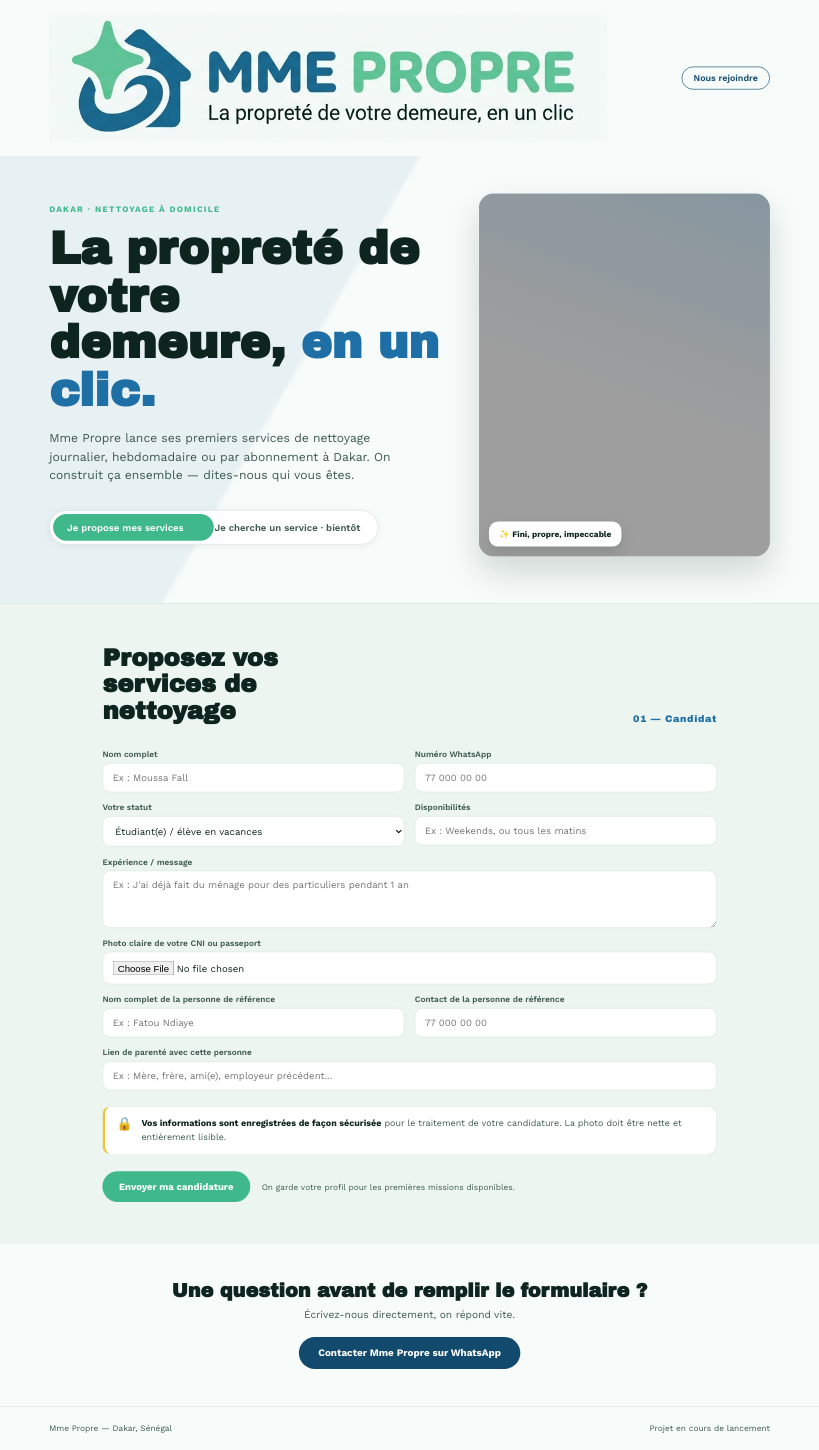
Repository: AntaaaKD/Mme-Propre
Page: test.html
These files come from the project's save history. The page is drawn as it stood at one moment and after a run of saves; the edit follows.
The browser window is 1280 px wide. The pictures show the whole page, at 64% of full size.
Pictures or frames that could not be fetched are drawn as grey boxes.

Above is the page before, as saved 2026-07-20 01:00:15.

### test.html
<!DOCTYPE html>
<html lang="fr">
<head>
<meta charset="UTF-8">
<meta name="viewport" content="width=device-width, initial-scale=1.0">
<title>Mme Propre — La propreté de votre demeure, en un clic</title>
<link rel="preconnect" href="https://fonts.googleapis.com">
<link rel="preconnect" href="https://fonts.gstatic.com" crossorigin>
<link href="https://fonts.googleapis.com/css2?family=Archivo+Black&family=Work+Sans:wght@400;500;600;700&display=swap" rel="stylesheet">
<style>
  :root{
    --surface:#F7FBF9;
    --surface-2:#ECF5F0;
    --ink:#0E241E;
    --ink-soft:#3E5A52;
    --blue:#1D6FA5;
    --blue-deep:#124A6E;
    --mint:#3FB88C;
    --lemon:#F2C230;
    --line:#D6E6DE;
    --radius:18px;
    --display:"Archivo Black", sans-serif;
    --body:"Work Sans", sans-serif;
  }
  *{box-sizing:border-box;}
  body{margin:0;padding:0;background:var(--surface);color:var(--ink);font-family:var(--body);}
  a{color:inherit;}

  /* ---------- HEADER ---------- */
  header{
    display:flex;align-items:center;justify-content:space-between;
    padding:22px 6vw;
  }
  .logo{
    font-family:var(--display);
    font-size:20px;
    letter-spacing:0.5px;
    display:flex;align-items:center;gap:10px;
  }
  .logo-img {
  height: 200px; /* Ajustez la hauteur selon vos besoins */
  width: auto;
  display: block;
}
  .logo-dot{width:12px;height:12px;border-radius:50%;background:var(--mint);box-shadow:0 0 0 4px rgba(63,184,140,0.18);}
  .header-cta{
    font-size:14px;font-weight:600;color:var(--blue-deep);
    border:1.5px solid var(--blue-deep);border-radius:999px;
    padding:9px 18px;text-decoration:none;
    transition:background .2s ease, color .2s ease;
  }
  .header-cta:hover{background:var(--blue-deep);color:#fff;}

  /* ---------- HERO ---------- */
  .hero{
    position:relative;
    padding:8vh 6vw 10vh;
    overflow:hidden;
  }
  .hero-grid{
    position:relative;z-index:2;
    display:grid;grid-template-columns:1.15fr 0.85fr;gap:56px;align-items:center;
  }
  @media (max-width:860px){
    .hero-grid{grid-template-columns:1fr;}
    .hero-image{order:-1;max-height:280px;}
  }
  .hero-image{
    position:relative;border-radius:24px;overflow:hidden;
    box-shadow:0 24px 50px rgba(14,36,30,0.16);
    aspect-ratio:4/5;
  }
  .hero-image img{
    width:100%;height:100%;object-fit:cover;display:block;
  }
  .hero-image::after{
    content:"";position:absolute;inset:0;
    background:linear-gradient(200deg, rgba(29,111,165,0.18), transparent 55%);
  }
  .hero-badge{
    position:absolute;bottom:16px;left:16px;z-index:3;
    background:#fff;border-radius:14px;padding:12px 16px;
    display:flex;align-items:center;gap:10px;
    box-shadow:0 10px 24px rgba(14,36,30,0.14);
    font-size:13px;font-weight:700;color:var(--ink);
  }
  .hero-wipe{
    position:absolute;inset:0;
    background:linear-gradient(120deg, var(--blue) 0%, var(--blue) 42%, transparent 42.5%);
    opacity:0.07;
    animation:wipe 6s ease-in-out infinite;
    pointer-events:none;
  }
  @keyframes wipe{
    0%,100%{transform:translateX(-8%);}
    50%{transform:translateX(8%);}
  }
  .eyebrow{
    font-size:13px;font-weight:700;letter-spacing:2px;text-transform:uppercase;
    color:var(--mint);margin-bottom:18px;
  }
  h1{
    font-family:var(--display);
    font-size:clamp(38px,6vw,72px);
    line-height:1.02;
    margin:0 0 22px;
    max-width:14ch;
  }
  h1 .accent{color:var(--blue);}
  .hero p{
    font-size:19px;color:var(--ink-soft);max-width:46ch;line-height:1.55;margin:0 0 40px;
  }

  /* ---------- SWITCH ---------- */
  .switch{
    display:inline-flex;background:#fff;border:1.5px solid var(--line);
    border-radius:999px;padding:5px;gap:4px;position:relative;
    box-shadow:0 2px 14px rgba(14,36,30,0.06);
  }
  .switch button{
    border:none;background:transparent;font-family:var(--body);font-weight:600;font-size:15px;
    padding:12px 22px;border-radius:999px;cursor:pointer;color:var(--ink-soft);
    transition:color .2s ease;position:relative;z-index:2;
  }
  .switch button.active{color:#fff;}
  .switch-thumb{
    position:absolute;top:5px;left:5px;bottom:5px;
    width:calc(50% - 5px);
    background:var(--mint);border-radius:999px;
    transition:transform .28s cubic-bezier(.65,0,.35,1);
    z-index:1;
  }
  .switch.pos-1 .switch-thumb{transform:translateX(100%);background:var(--blue-deep);}

  /* ---------- SECTION WRAPPER ---------- */
  .panel{
    background:var(--surface-2);
    border-top:1px solid var(--line);
    padding:9vh 6vw;
  }
  .panel-inner{max-width:960px;margin:0 auto;}
  .panel-head{display:flex;align-items:flex-end;justify-content:space-between;gap:24px;margin-bottom:40px;flex-wrap:wrap;}
  .panel h2{font-family:var(--display);font-size:clamp(26px,3.4vw,38px);margin:0;max-width:16ch;}
  .panel-head .num{font-family:var(--display);font-size:15px;color:var(--blue);letter-spacing:1px;}

  .grid{display:grid;grid-template-columns:1fr 1fr;gap:16px;}
  @media (max-width:680px){.grid{grid-template-columns:1fr;}}

  .field{display:flex;flex-direction:column;gap:6px;}
  .field.full{grid-column:1/-1;}
  label{font-size:13px;font-weight:600;color:var(--ink-soft);}
  input,select,textarea{
    font-family:var(--body);font-size:15px;
    border:1.5px solid var(--line);border-radius:12px;
    padding:13px 15px;background:#fff;color:var(--ink);
    outline:none;transition:border-color .18s ease;
  }
  input:focus,select:focus,textarea:focus{border-color:var(--blue);}
  textarea{resize:vertical;min-height:90px;}

  .submit-row{margin-top:26px;display:flex;align-items:center;gap:18px;flex-wrap:wrap;}
  .btn-whatsapp{
    display:inline-flex;align-items:center;gap:10px;
    background:var(--mint);color:#fff;border:none;border-radius:999px;
    padding:15px 26px;font-family:var(--body);font-weight:700;font-size:15px;cursor:pointer;
    transition:transform .15s ease, box-shadow .15s ease;
  }
  .btn-whatsapp:hover{transform:translateY(-2px);box-shadow:0 8px 22px rgba(63,184,140,0.35);}
  .hint{font-size:13px;color:var(--ink-soft);}

  .id-notice{
    display:flex;gap:14px;align-items:flex-start;
    background:#fff;border:1.5px solid var(--line);border-left:4px solid var(--lemon);
    border-radius:14px;padding:16px 18px;margin-top:24px;
  }
  .id-notice .icon{font-size:20px;line-height:1;}
  .id-notice p{margin:0;font-size:14px;color:var(--ink-soft);line-height:1.5;}
  .id-notice strong{color:var(--ink);}

  /* ---------- DIRECT CONTACT ---------- */
  .direct{
    padding:8vh 6vw;text-align:center;
  }
  .direct h3{font-family:var(--display);font-size:clamp(22px,3vw,30px);margin:0 0 12px;}
  .direct p{color:var(--ink-soft);margin:0 0 26px;font-size:16px;}
  .btn-direct{
    display:inline-flex;align-items:center;gap:10px;
    background:var(--blue-deep);color:#fff;border:none;border-radius:999px;
    padding:16px 30px;font-family:var(--body);font-weight:700;font-size:15.5px;text-decoration:none;
    transition:transform .15s ease;
  }
  .btn-direct:hover{transform:translateY(-2px);}

  footer{
    padding:26px 6vw;border-top:1px solid var(--line);
    font-size:13px;color:var(--ink-soft);
    display:flex;justify-content:space-between;flex-wrap:wrap;gap:10px;
  }

  .hidden{display:none;}

  /* ---------- SOON STATE (client) ---------- */
  .soon-card{
    background:#fff;border:1.5px dashed var(--line);border-radius:20px;
    padding:44px 40px;text-align:center;
  }
  .soon-badge{
    display:inline-block;font-size:12px;font-weight:700;letter-spacing:1px;text-transform:uppercase;
    background:var(--lemon);color:var(--ink);border-radius:999px;padding:6px 14px;margin-bottom:18px;
  }
  .soon-card h3{font-family:var(--display);font-size:24px;margin:0 0 12px;}
  .soon-card p{color:var(--ink-soft);font-size:16px;max-width:48ch;margin:0 auto 28px;line-height:1.55;}
</style>
</head>
<body>

<header>
  <div class="logo">
    <!-- Le chemin est relatif à votre fichier HTML -->
    <img src="images/logo-mmepropre.png"
         alt="Mme Propre"
         class="logo-img">
  </div>
  <a class="header-cta" href="#form">Nous rejoindre</a>
</header>

<section class="hero">
  <div class="hero-wipe"></div>
  <div class="hero-grid">
    <div>
      <div class="eyebrow">Dakar · Nettoyage à domicile</div>
      <h1>La propreté de votre<br>demeure, <span class="accent">en un clic.</span></h1>
      <p>Mme Propre lance ses premiers services de nettoyage journalier, hebdomadaire ou par abonnement à Dakar. On construit ça ensemble — dites-nous qui vous êtes.</p>

      <div class="switch pos-0" id="switch">
        <div class="switch-thumb"></div>
        <button class="active" data-target="candidat" onclick="setProfile('candidat')">Je propose mes services</button>
        <button data-target="client" onclick="setProfile('client')">Je cherche un service · bientôt</button>
      </div>
    </div>

    <div class="hero-image">
      <img src="https://african.land/oc-content/plugins/blog/img/blog/328.jpg" alt="Nettoyage professionnel à domicile">
      <div class="hero-badge">✨ Fini, propre, impeccable</div>
    </div>
  </div>
</section>

<section class="panel" id="form">
  <div class="panel-inner">

    <div id="panel-candidat">
      <div class="panel-head">
        <h2>Proposez vos services de nettoyage</h2>
        <span class="num">01 — Candidat</span>
      </div>
      <div class="grid">
        <div class="field"><label for="p-nom">Nom complet</label><input id="p-nom" type="text" placeholder="Ex : Moussa Fall"></div>
        <div class="field"><label for="p-tel">Numéro WhatsApp</label><input id="p-tel" type="tel" placeholder="77 000 00 00"></div>
        <div class="field">
          <label for="p-statut">Votre statut</label>
          <select id="p-statut">
            <option>Étudiant(e) / élève en vacances</option>
            <option>Professionnel(le) en recherche d'opportunité</option>
            <option>Autre</option>
          </select>
        </div>
        <div class="field"><label for="p-dispo">Disponibilités</label><input id="p-dispo" type="text" placeholder="Ex : Weekends, ou tous les matins"></div>
        <div class="field full"><label for="p-msg">Expérience / message</label><textarea id="p-msg" placeholder="Ex : J'ai déjà fait du ménage pour des particuliers pendant 1 an"></textarea></div>
        <div class="field full">
          <label for="p-photo">Photo claire de votre CNI ou passeport</label>
          <input id="p-photo" type="file" accept="image/*">
        </div>
        <div class="field"><label for="p-ref-nom">Nom complet de la personne de référence</label><input id="p-ref-nom" type="text" placeholder="Ex : Fatou Ndiaye"></div>
        <div class="field"><label for="p-ref-tel">Contact de la personne de référence</label><input id="p-ref-tel" type="tel" placeholder="77 000 00 00"></div>
        <div class="field full"><label for="p-ref-lien">Lien de parenté avec cette personne</label><input id="p-ref-lien" type="text" placeholder="Ex : Mère, frère, ami(e), employeur précédent..."></div>
      </div>

      <div class="id-notice">
        <span class="icon">🔒</span>
        <p><strong>Vos informations sont enregistrées de façon sécurisée</strong> pour le traitement de votre candidature. La photo doit être nette et entièrement lisible.</p>
      </div>

      <div class="submit-row">
        <button class="btn-whatsapp" id="submit-btn" onclick="submitCandidature()">Envoyer ma candidature</button>
        <span class="hint" id="submit-status">On garde votre profil pour les premières missions disponibles.</span>
      </div>
    </div>

    <div id="panel-client" class="hidden">
      <div class="panel-head">
        <h2>Demandez un nettoyage</h2>
        <span class="num">02 — Client</span>
      </div>
      <div class="soon-card">
        <span class="soon-badge">Bientôt disponible</span>
        <h3>Ce service arrive prochainement</h3>
        <p>Pour l'instant, Mme Propre se concentre sur le recrutement de son équipe de nettoyage. Le service de réservation pour les particuliers ouvrira dans une prochaine étape — restez connecté(e) pour être informé(e) dès son lancement.</p>
        <button class="btn-whatsapp" onclick="notifyMe()">Être informé(e) du lancement</button>
      </div>
    </div>

  </div>
</section>

<section class="direct">
  <h3>Une question avant de remplir le formulaire ?</h3>
  <p>Écrivez-nous directement, on répond vite.</p>
  <a class="btn-direct" id="direct-wa" href="#" target="_blank" rel="noopener">Contacter Mme Propre sur WhatsApp</a>
</section>

<footer>
  <span>Mme Propre — Dakar, Sénégal</span>
  <span>Projet en cours de lancement</span>
</footer>

<script>
  // ⚠️ Remplacer par le vrai numéro WhatsApp de Mme Propre, format international sans "+" ni espaces
  const WHATSAPP_NUMBER = "221775730664";

  // ⚠️ Remplacer par l'URL de ton application web Apps Script (se termine par /exec)
  const GAS_WEB_APP_URL = "https://script.google.com/macros/s/AKfycbztkSX3TyebbLAMASZva5rAbgVcuSgHpPOw3mWZLaVD60Z6R83ZnjcCemumw_IpcYI8/exec";

  function setProfile(target){
    const isClient = target === 'client';
    document.getElementById('panel-client').classList.toggle('hidden', !isClient);
    document.getElementById('panel-candidat').classList.toggle('hidden', isClient);
    document.getElementById('switch').classList.toggle('pos-0', !isClient);
    document.getElementById('switch').classList.toggle('pos-1', isClient);
    document.querySelectorAll('.switch button').forEach(b=>{
      b.classList.toggle('active', b.dataset.target === target);
    });
  }

  function fileToBase64(file){
    return new Promise((resolve, reject) => {
      const reader = new FileReader();
      reader.onload = () => resolve(reader.result);
      reader.onerror = reject;
      reader.readAsDataURL(file);
    });
  }

  async function submitCandidature(){
    const btn = document.getElementById('submit-btn');
    const status = document.getElementById('submit-status');

    const nom = document.getElementById('p-nom').value.trim();
    const tel = document.getElementById('p-tel').value.trim();
    const statut = document.getElementById('p-statut').value;
    const dispo = document.getElementById('p-dispo').value.trim();
    const experience = document.getElementById('p-msg').value.trim();
    const refNom = document.getElementById('p-ref-nom').value.trim();
    const refTel = document.getElementById('p-ref-tel').value.trim();
    const refLien = document.getElementById('p-ref-lien').value.trim();
    const photoInput = document.getElementById('p-photo');
    const photoFile = photoInput.files[0];

    if(!nom || !tel){
      status.textContent = "Merci de renseigner au moins votre nom et votre numéro.";
      status.style.color = "#B3261E";
      return;
    }

    btn.disabled = true;
    btn.textContent = "Envoi en cours...";
    status.style.color = "";
    status.textContent = "Merci de patienter, ça ne prend que quelques secondes.";

    try{
      let photoBase64 = "", photoMimeType = "", photoName = "";
      if(photoFile){
        photoBase64 = await fileToBase64(photoFile);
        photoMimeType = photoFile.type;
        photoName = photoFile.name;
      }

      await fetch(GAS_WEB_APP_URL, {
        method: "POST",
        mode: "no-cors",
        headers: { "Content-Type": "text/plain;charset=utf-8" },
        body: JSON.stringify({ nom, tel, statut, dispo, experience, refNom, refTel, refLien, photoBase64, photoMimeType, photoName })
      });

      btn.textContent = "Envoyé ✓";
      status.style.color = "#3FB88C";
      status.textContent = "Candidature reçue ! On revient vers vous très bientôt.";
      document.querySelectorAll('#panel-candidat input, #panel-candidat select, #panel-candidat textarea').forEach(el => {
        if(el.type === 'file') el.value = ""; else el.value = "";
      });
    } catch(err){
      btn.disabled = false;
      btn.textContent = "Envoyer ma candidature";
      status.style.color = "#B3261E";
      status.textContent = "Une erreur est survenue, réessayez ou contactez-nous sur WhatsApp.";
    }
  }

  function notifyMe(){
    const text = "Bonjour Mme Propre 👋\n\nJe suis intéressé(e) par le service de réservation de nettoyage. Merci de me prévenir dès son lancement !";
    const url = `https://wa.me/${WHATSAPP_NUMBER}?text=${encodeURIComponent(text)}`;
    window.open(url, '_blank');
  }

  document.getElementById('direct-wa').href = `https://wa.me/${WHATSAPP_NUMBER}?text=${encodeURIComponent("Bonjour Mme Propre, j'ai une question 👋")}`;
  setProfile('candidat');
</script>

</body>
</html>

After the next 3 saves:
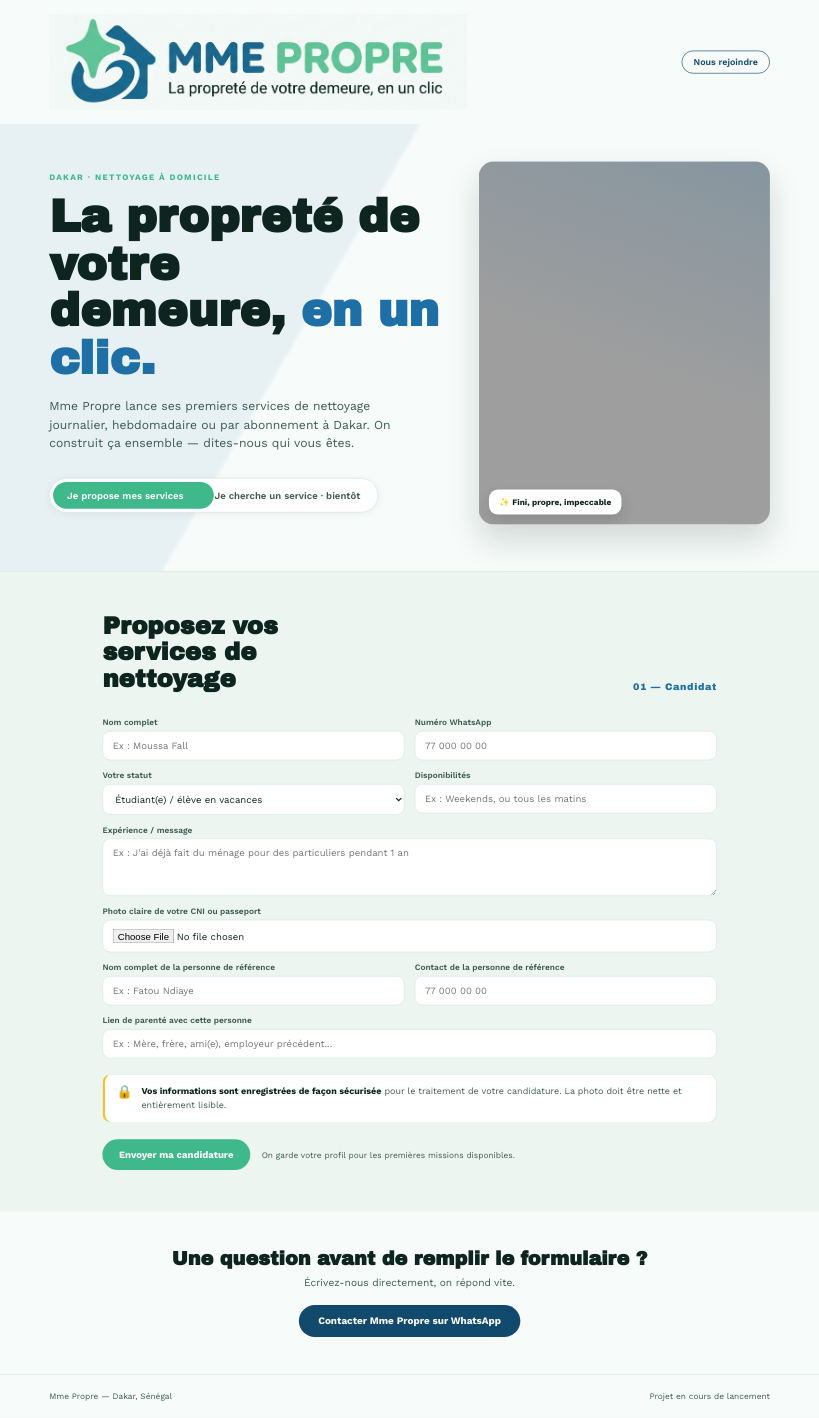
The 3 saves are shown as one change because they came seconds apart.
The last was saved 12 s later.
--- a/test.html
+++ b/test.html
@@ -38,7 +38,7 @@
     display:flex;align-items:center;gap:10px;
   }
   .logo-img {
-  height: 200px; /* Ajustez la hauteur selon vos besoins */
+  height: 150px; /* Ajustez la hauteur selon vos besoins */
   width: auto;
   display: block;
 }
